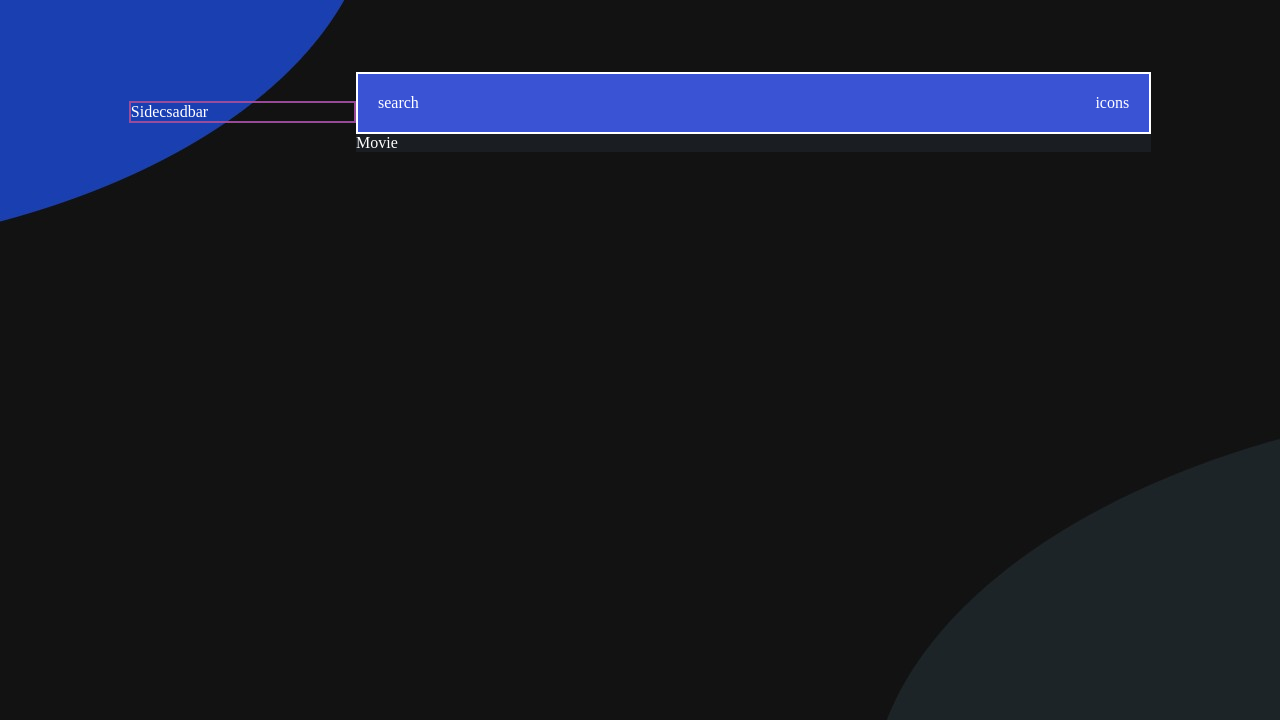
Repository: DevLaukey/movie-task
Page: /
An editor plug-in stored every save of this project. The page is shown before and after the next save, followed by the edit.
The browser window is 1280 px wide. The pictures show the whole page.
The project was rebuilt for these pictures with package versions that can differ from the ones it lists, and the page was loaded fresh each time. Also part of the build but not shown: src/components/Body/Movies.css.

Above is the page before, as saved 2022-06-15 13:07:16.

After the next save:
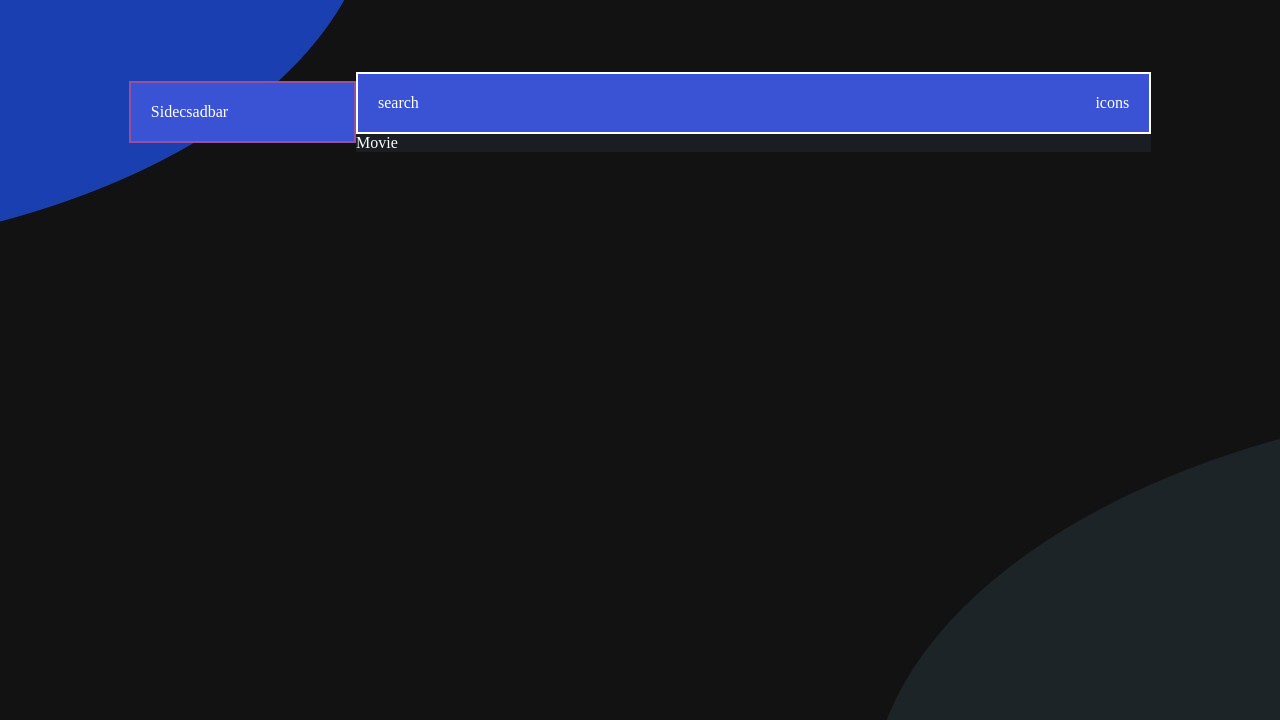
Saved 32 s later.
--- a/src/components/Sidebar/Sidebar.css
+++ b/src/components/Sidebar/Sidebar.css
@@ -1,6 +1,10 @@
 .sidebar{
     display:flex;
     width:20%;
-
+     display: flex;
+    justify-content: space-between;
+    align-items: center;
+    padding: 20px 20px;
+    background-color: #3a53d4;
     border: 2px solid rgba(158, 80, 158, 0.933);
 }
